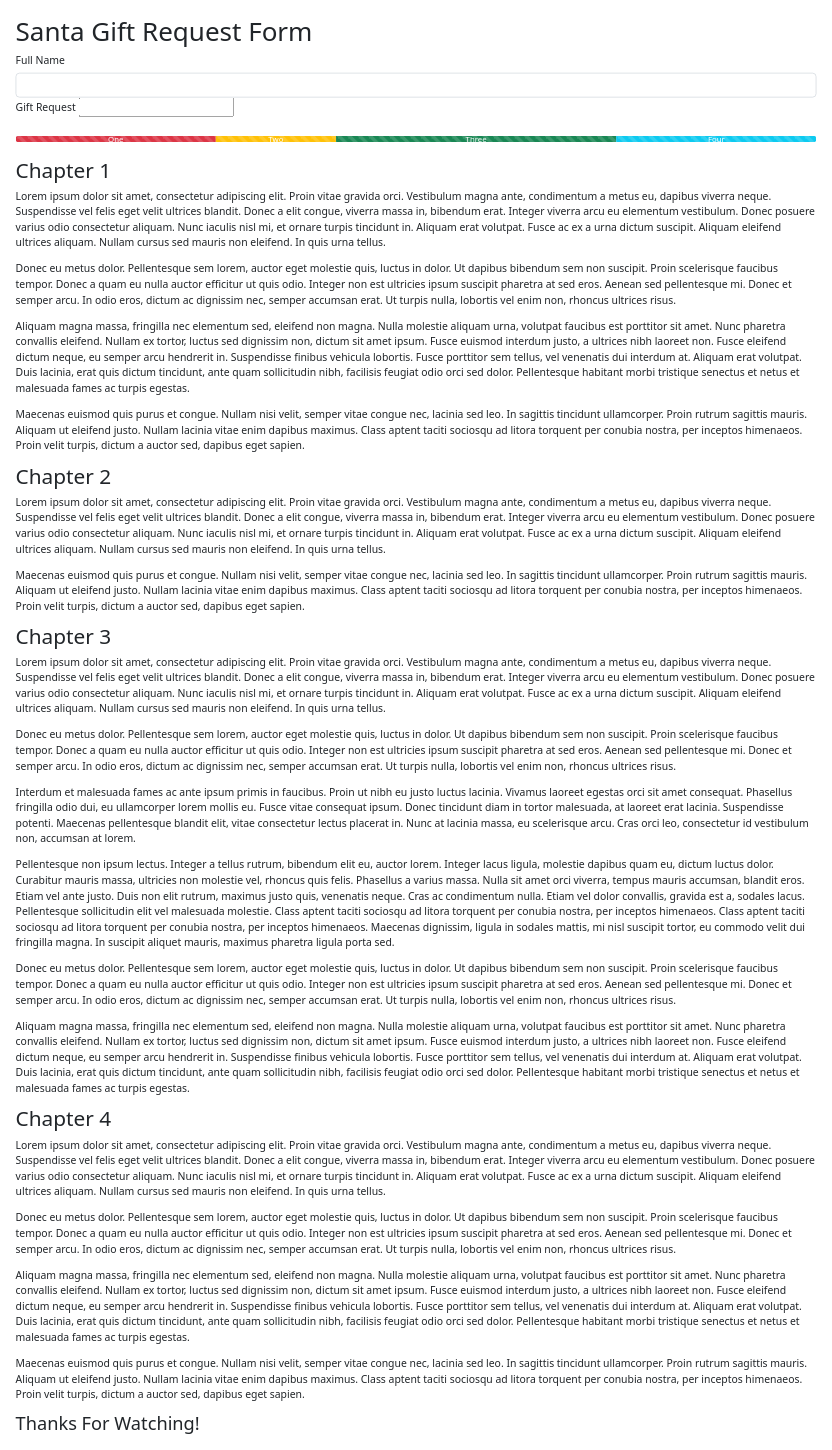
Repository: sarahlochhead/check-santas-list
Page: index.html
An editor plug-in stored every save of this project. The page is shown before and after a run of saves, followed by the edit.
The browser window is 1280 px wide. The pictures show the whole page, at 65% of full size.

Above is the page before, as saved 2022-11-25 21:29:34.

After the next 3 saves:
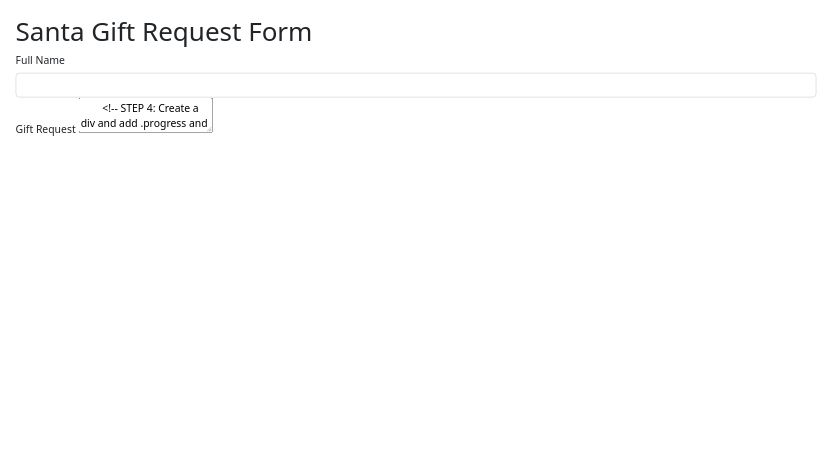
The 3 saves are shown as one change because they came seconds apart.
The last was saved 9 s later.
--- a/index.html
+++ b/index.html
@@ -18,7 +18,7 @@
             <input type="text" class="form-control" id="fullName" />
 
             <label for="giftRequest" class="form-label">Gift Request</label>
-            <input type
+            <textarea class
 
 
         </form>
